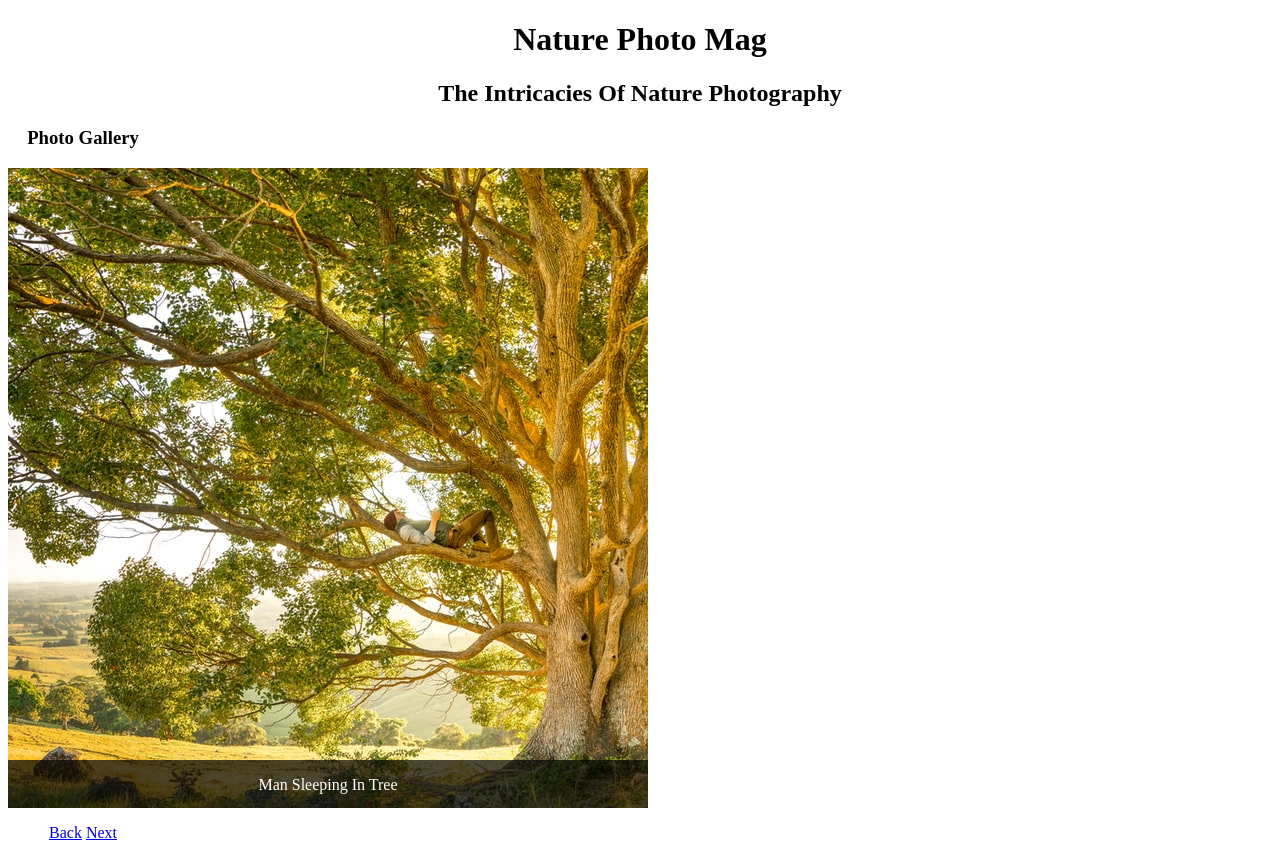
Repository: alexmaddux99/Image-Gallery
Page: index.html
An editor plug-in stored every save of this project. The page is shown before and after the next save, followed by the edit.
The browser window is 1280 px wide. The pictures show the whole page.

Above is the page before, as saved 2022-03-08 13:12:12.

After the next save:
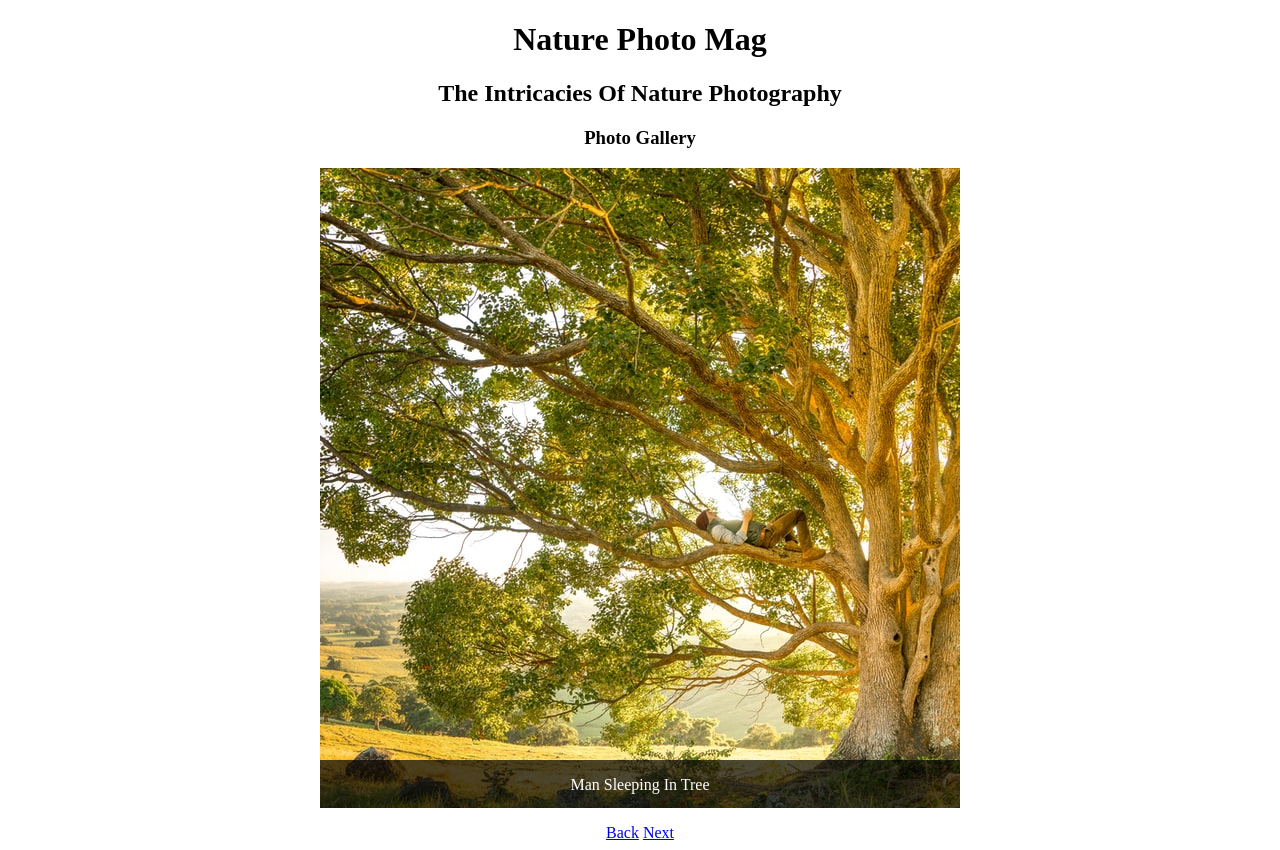
Saved 7 s later.
--- a/css/main.css
+++ b/css/main.css
@@ -7,8 +7,8 @@ body {
 }
 
 section {
-  width: 150px;
-  height: auto;
+  width: 640px;
+  margin: auto;
 }
 
 .frame {
